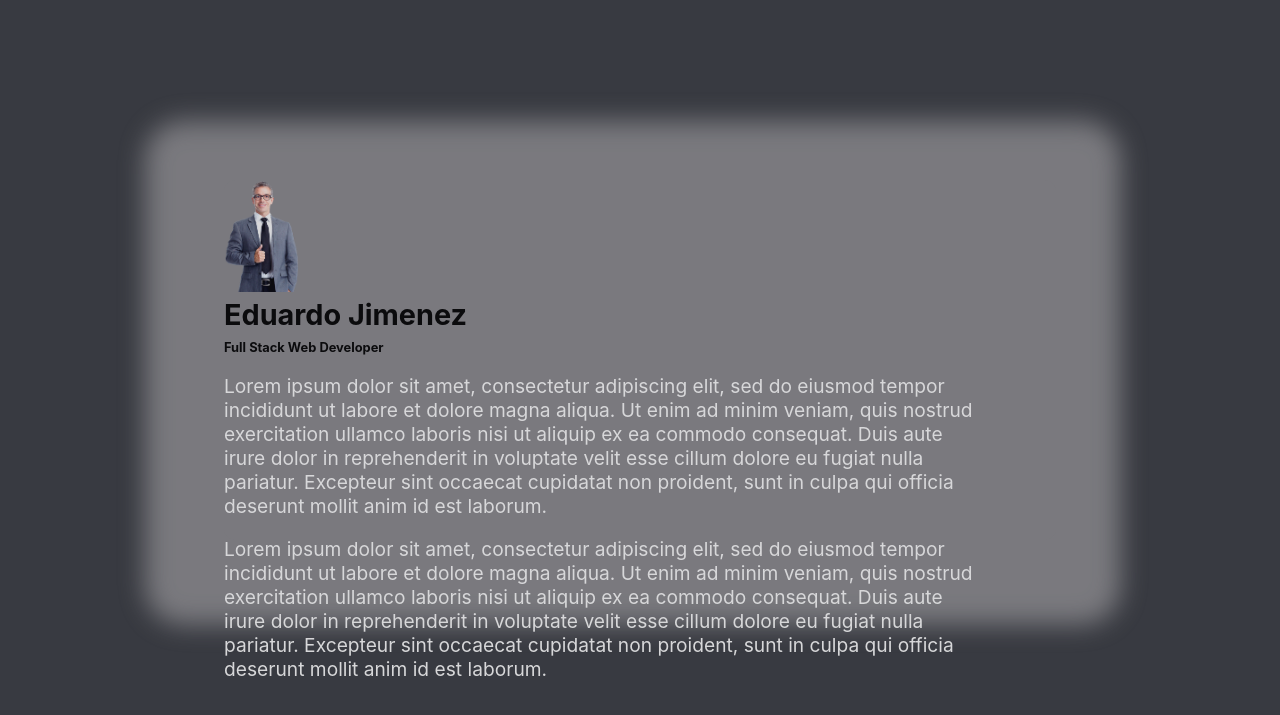
Repository: l8nightswithJS/react-my-portfolio
Page: /
An editor plug-in stored every save of this project. The page is shown before and after the next save, followed by the edit.
The browser window is 1280 px wide. The pictures show the whole page.
The project was rebuilt for these pictures with package versions that can differ from the ones it lists, and the page was loaded fresh each time.

Above is the page before, as saved 2021-04-29 13:19:10.

### src/App.js
import SplashPage from './pages/splashPage';

function App() {
  return (
    <SplashPage />
  );
}

export default App;

### src/pages/splashPage.js
import '../App.css';
import img from "../images/businessman.png"

function SplashPage() {
    return (
        <div className="App">
            <header className="App-header">
                <section>
                    <div>
                        <img src={img} alt="buisness man img"/>
                        <h1>Eduardo Jimenez</h1>
                        <h6>Full Stack Web Developer</h6>
                        <p>Lorem ipsum dolor sit amet, consectetur adipiscing elit, sed do eiusmod tempor incididunt ut labore et dolore magna aliqua. Ut enim ad minim veniam, quis nostrud exercitation ullamco laboris nisi ut aliquip ex ea commodo consequat. Duis aute irure dolor in reprehenderit in voluptate velit esse cillum dolore eu fugiat nulla pariatur. Excepteur sint occaecat cupidatat non proident, sunt in culpa qui officia deserunt mollit anim id est laborum.</p>

                        <p>Lorem ipsum dolor sit amet, consectetur adipiscing elit, sed do eiusmod tempor incididunt ut labore et dolore magna aliqua. Ut enim ad minim veniam, quis nostrud exercitation ullamco laboris nisi ut aliquip ex ea commodo consequat. Duis aute irure dolor in reprehenderit in voluptate velit esse cillum dolore eu fugiat nulla pariatur. Excepteur sint occaecat cupidatat non proident, sunt in culpa qui officia deserunt mollit anim id est laborum.</p>

                    </div>
                </section>
            </header>
        </div>
    );
}

export default SplashPage;

### src/App.css
.App {
  height: 100vh;
  width: 100%;
  background-color: rgb(56, 58, 65);
}

section {
  position: fixed;
  top: 0;
  bottom: 0;
  left: 0;
  right: 0;
  background-color: rgb(139, 138, 142);
  height: 50vh;
  width: 65vw;
  margin: auto;
  font-size: 1.2em;
  color: white;
  box-shadow: -1vh 1vw 2vw 10vh rgb(139, 138, 142);
  opacity: .8;
  border-radius: 1.5vh;
}

section div {
  max-width: 90%;
  max-height: 90%;
}

section div h1 {
  color: black;
  margin: 0;
}

h6 {
  color: black;
  margin: 0;
  padding-top: 1%;
}

section div img {
  width: 10%;
  height: 12%;
}

Loaded but not shown: public/index.html (common file); src/index.js (common file); src/index.css (common file); src/reportWebVitals.js (common file)

After the next save:
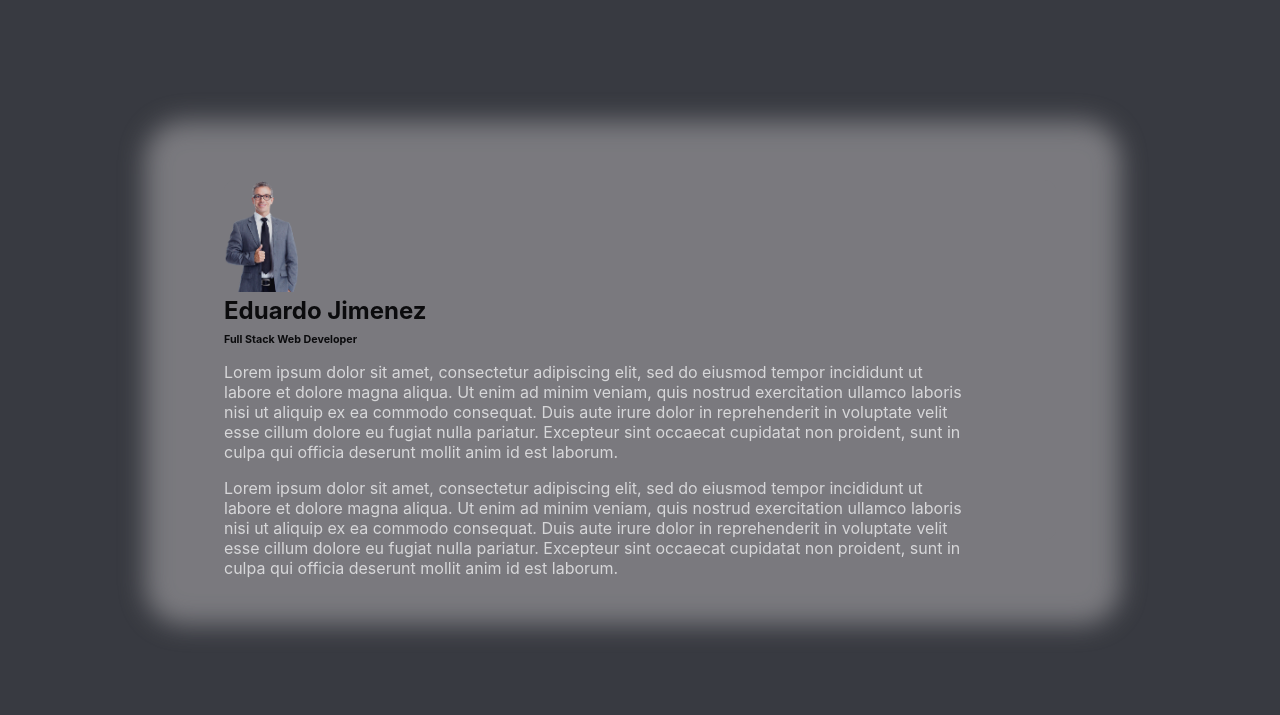
Saved 29 s later.
--- a/src/App.css
+++ b/src/App.css
@@ -14,7 +14,6 @@ section {
   height: 50vh;
   width: 65vw;
   margin: auto;
-  font-size: 1.2em;
   color: white;
   box-shadow: -1vh 1vw 2vw 10vh rgb(139, 138, 142);
   opacity: .8;
